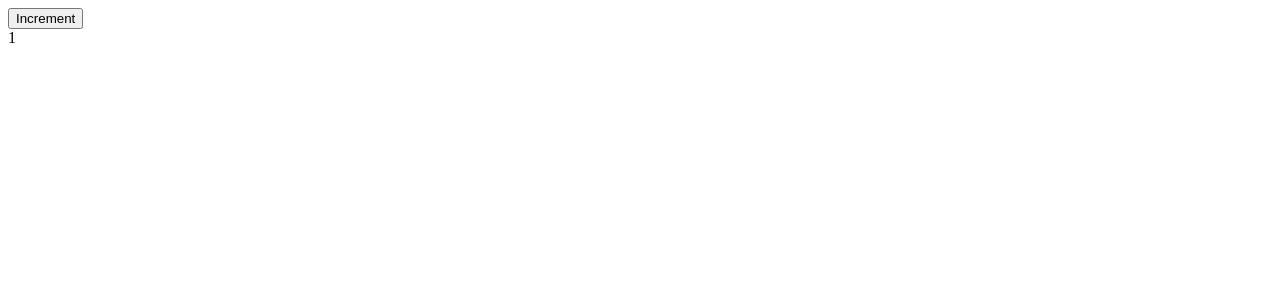
Repository: SukhrajSinghMatharu/node-chat-basic
Page: views/index.html
These files come from the project's save history. The page is drawn as it stood at one moment and after the next save; the edit follows.
The browser window is 1280 px wide. The pictures show the whole page.
The page's requests for data from a server got no answer. Some web libraries are served in a nearby version.

Above is the page before, as saved 2020-12-21 12:42:36.
Console error: TypeError: Cannot read properties of null (reading 'addEventListner')

### views/index.html
<html>
    <script src="https://cdnjs.cloudflare.com/ajax/libs/socket.io/3.0.4/socket.io.js" integrity="sha512-aMGMvNYu8Ue4G+fHa359jcPb1u+ytAF+P2SCb+PxrjCdO3n3ZTxJ30zuH39rimUggmTwmh2u7wvQsDTHESnmfQ==" crossorigin="anonymous"></script>

<body>
    <button onclick="myFunction()">Increment</button>
    <div id="demo">1</div>
    <div id="main"></div>
    <script>
    var count = parseInt(document.getElementById("demo").innerHTML);
    console.log('value of demo is', count)
    const socket = io();
    socket.on('updatecount',(data)=>{
        console.log(data)
        var count = parseInt(data);
        document.getElementById("demo").innerHTML = data;
        var div = document.createElement("div");
        div.innerHTML = data;
        document.getElementById("main").appendChild(div);
    });// adding click event on button
    function myFunction() {
        console.log(count)
        socket.emit('increment',parseInt(document.getElementById("demo").innerHTML))

        document.getElementById("demo").innerHTML = count;
    }
    document.querySelector('#inc').addEventListner('click', () => {
        socket.emit('increment')// Sending increment event to server
    });
    </script>
</body >
<html>

After the next save:
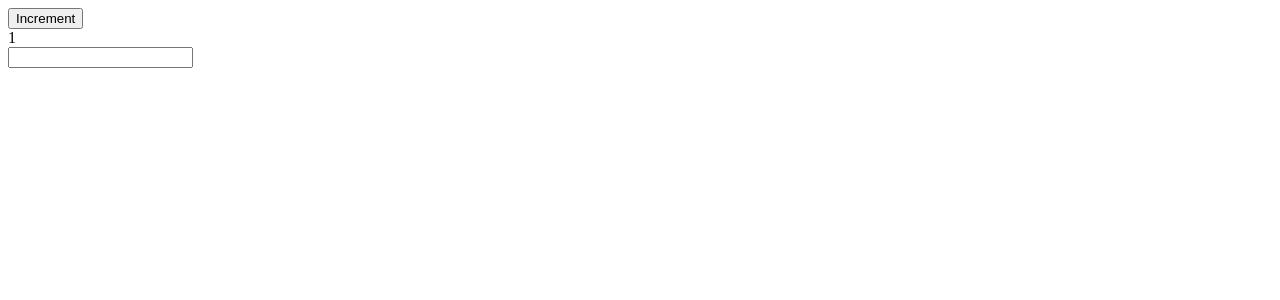
Saved 3 min 36 s later.
--- a/views/index.html
+++ b/views/index.html
@@ -4,6 +4,7 @@
 <body>
     <button onclick="myFunction()">Increment</button>
     <div id="demo">1</div>
+    <input type="text" id="messagebox">
     <div id="main"></div>
     <script>
     var count = parseInt(document.getElementById("demo").innerHTML);
@@ -18,10 +19,7 @@
         document.getElementById("main").appendChild(div);
     });// adding click event on button
     function myFunction() {
-        console.log(count)
-        socket.emit('increment',parseInt(document.getElementById("demo").innerHTML))
-
-        document.getElementById("demo").innerHTML = count;
+        socket.emit('send-message',document.getElementById("messagebox").value);
     }
     document.querySelector('#inc').addEventListner('click', () => {
         socket.emit('increment')// Sending increment event to server
